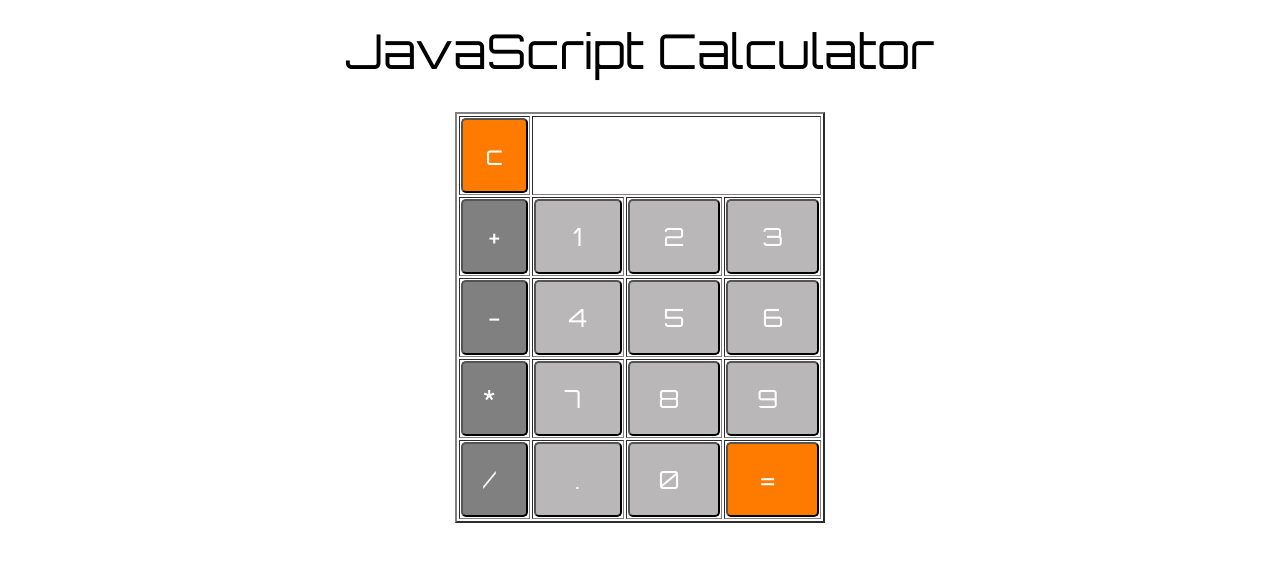
Repository: spidero7/Simple-Calculator
Page: index.html
These files come from the project's save history. The page is drawn as it stood at one moment and after a run of saves; the edit follows.
The browser window is 1280 px wide. The pictures show the whole page.

Above is the page before, as saved 2021-09-16 08:02:01.

### index.html
<!DOCTYPE html>
<html lang="en">
<head>
    <meta charset="UTF-8">
    <meta http-equiv="X-UA-Compatible" content="IE=edge">
    <meta name="viewport" content="width=device-width, initial-scale=1.0">
    <title>Calculator</title>
    <link rel="stylesheet" href="style.css">
    <link rel="preconnect" href="https://fonts.googleapis.com">
    <link rel="preconnect" href="https://fonts.gstatic.com" crossorigin>
    <link href="https://fonts.googleapis.com/css2?family=Orbitron&display=swap" rel="stylesheet">
</head>
<body>
        <div class="title">JavaScript Calculator</div>
        <div class="calculator-container">
            <table border="2">
                <tr>
                    <td><input type="button" value="c" onclick="clr()"/></td>
                    <td colspan="3"><input type="text" id="textval"/></td>
                </tr>
                <tr>
                    <td><input type="button" value="+" class="action" onclick="display('+')"/></td>
                    <td><input type="button" value="1" class="numbers" onclick="display('1')"/></td>
                    <td><input type="button" value="2" class="numbers" onclick="display('2')"/></td>
                    <td><input type="button" value="3" class="numbers" onclick="display('3')"/></td>
                </tr>
                <tr>
                    <td><input type="button" value="-" class="action" onclick="display('-')"/></td>
                    <td><input type="button" value="4" class="numbers" onclick="display('4')"/></td>
                    <td><input type="button" value="5" class="numbers" onclick="display('5')"/></td>
                    <td><input type="button" value="6" class="numbers" onclick="display('6')"/></td>
                </tr>
                <tr>
                    <td><input type="button" value="*" class="action spacing" onclick="display('*')"/></td>
                    <td><input type="button" value="7" class="numbers spacing" onclick="display('7')"/></td>
                    <td><input type="button" value="8" class="numbers spacing" onclick="display('8')"/></td>
                    <td><input type="button" value="9" class="numbers spacing" onclick="display('9')"/></td>
                </tr>
                <tr>
                    <td><input type="button" value="/" class="action spacing" onclick="display('/')"/></td>
                    <td><input type="button" value="." class="numbers" onclick="display('.')"/></td>
                    <td><input type="button" value="0" class="numbers spacing" onclick="display('0')"/></td>
                    <td><input type="button" value="=" class="equals spacing" onclick="equals()"/></td>
                </tr>
            </table>
        </div>
    <script src="app.js"></script>
</body>
</html>

### style.css
* {
    box-sizing: border-box;
    font-family: 'Orbitron', sans-serif;
}

body {
    margin: 0;
    padding: 0;
}

.calculator-container {
    display: flex;
    justify-content: center;
    align-items: center;
    width: 100vw;
    height: 60vh;
}

.title {
    display: flex;
    text-align: center;
    margin: 20px;
    font-size: 3rem;
    justify-content: center;
}


input[type="button"] {
    color: white;
    border-radius: 5px;
    border-color: black;
    width: 100%;
    padding: 20px;
    font-size: 25px;
    cursor: pointer;
}

input[type="text"] {
    text-align: right;
    background-color: none;
    color: black;
    border: none;
    width: 100%;
    padding: 20px;
    font-size: 18px;
}

input[value="c"], .equals {
    background-color: rgb(255, 123, 0);
}

.action {
    background-color: grey;
}

.numbers {
    background-color: rgb(185, 183, 183);
}

.spacing {
    letter-spacing: 10px;
}

### app.js
function display(val) {
    document.getElementById("textval").value+=val
}

function equals() {
    let x = document.getElementById("textval").value
    let y = eval(x)
    document.getElementById('textval').value = y
}

function clr() {
    document.getElementById('textval').value = ""
}

After the next 3 saves:
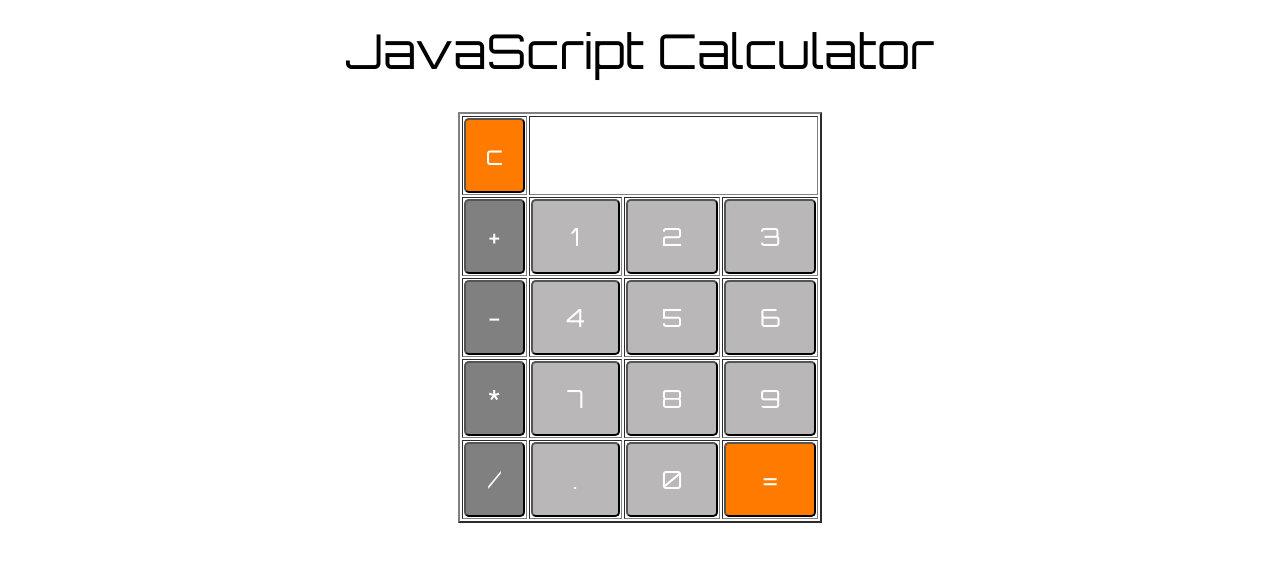
The 3 saves are shown as one change because they came seconds apart.
The last was saved 11 s later.
--- a/index.html
+++ b/index.html
@@ -31,16 +31,16 @@
                     <td><input type="button" value="6" class="numbers" onclick="display('6')"/></td>
                 </tr>
                 <tr>
-                    <td><input type="button" value="*" class="action spacing" onclick="display('*')"/></td>
-                    <td><input type="button" value="7" class="numbers spacing" onclick="display('7')"/></td>
-                    <td><input type="button" value="8" class="numbers spacing" onclick="display('8')"/></td>
-                    <td><input type="button" value="9" class="numbers spacing" onclick="display('9')"/></td>
+                    <td><input type="button" value="*" class="action" onclick="display('*')"/></td>
+                    <td><input type="button" value="7" class="numbers" onclick="display('7')"/></td>
+                    <td><input type="button" value="8" class="numbers" onclick="display('8')"/></td>
+                    <td><input type="button" value="9" class="numbers" onclick="display('9')"/></td>
                 </tr>
                 <tr>
-                    <td><input type="button" value="/" class="action spacing" onclick="display('/')"/></td>
+                    <td><input type="button" value="/" class="action" onclick="display('/')"/></td>
                     <td><input type="button" value="." class="numbers" onclick="display('.')"/></td>
-                    <td><input type="button" value="0" class="numbers spacing" onclick="display('0')"/></td>
-                    <td><input type="button" value="=" class="equals spacing" onclick="equals()"/></td>
+                    <td><input type="button" value="0" class="numbers" onclick="display('0')"/></td>
+                    <td><input type="button" value="=" class="equals" onclick="equals()"/></td>
                 </tr>
             </table>
         </div>
